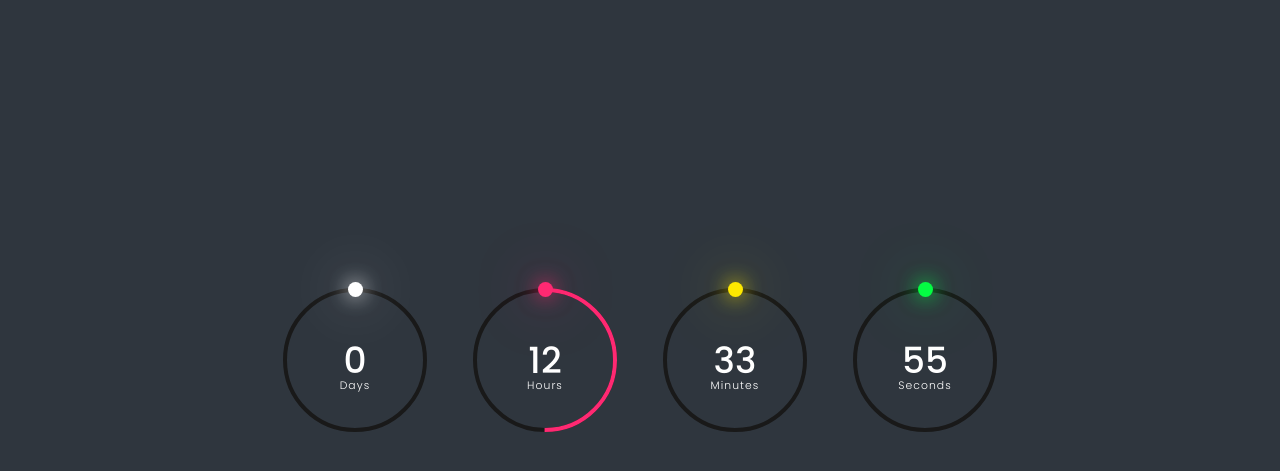
Repository: northpx/happyNY
Page: index.html
The author's editor kept a copy of each file at every save. The page is drawn from the files as they stood at one save, then again after the next save.
The browser window is 1280 px wide. The pictures show the whole page.

Above is the page before, as saved 2022-12-31 11:38:21.

### index.html
<!DOCTYPE html>
<html lang="en">
<head>
    <meta charset="UTF-8">
    <meta http-equiv="X-UA-Compatible" content="IE=edge">
    <meta name="viewport" content="width=device-width, initial-scale=1.0">
    <link rel="stylesheet" href="style.css">
    <title>Hour</title>
</head>
<body>
    <h1 class="newYear">2023<br><span>HAPPY NEW YEAR</span></h1>
    <div id="time">
        <div class="circle" style="--clr:#ffffff;">
            <div class="dots day_dot"></div>
            <svg>
                <circle cx="70" cy="70" r="70"></circle>
                <circle cx="70" cy="70" r="70" id="dd"></circle>
            </svg>
            <div id="days">00<br><span>DAYS</span></div>
        </div>
        <div class="circle" style="--clr:#ff2972;">
            <div class="dots hr_dot"></div>
            <svg>
                <circle cx="70" cy="70" r="70"></circle>
                <circle cx="70" cy="70" r="70" id="hh"></circle>
            </svg>
            <div id="hours">00<br><span>HOURS</span></div>
        </div>
        <div class="circle" style="--clr:#fee800;">
            <div class="dots min_dot"></div>
            <svg>
                <circle cx="70" cy="70" r="70"></circle>
                <circle cx="70" cy="70" r="70" id="mm"></circle>
            </svg>
            <div id="minutes">00<br><span>MINUTES</span></div>
        </div>
        <div class="circle" style="--clr:#04fc43;">
            <div class="dots sec_dot"></div>
            <svg>
                <circle cx="70" cy="70" r="70"></circle>
                <circle cx="70" cy="70" r="70" id="ss"></circle>
            </svg>
            <div id="seconds">00<br><span>SECONDS</span></div>
        </div>
    </div>

    <script>
        let days = document.getElementById("days")
        let hours = document.getElementById("hours")
        let minutes = document.getElementById("minutes")
        let seconds = document.getElementById("seconds")

        let dd = document.getElementById("dd")
        let hh = document.getElementById("hh")
        let mm = document.getElementById("mm")
        let ss = document.getElementById("ss")

        let day_dot = document.querySelector(".day_dot")
        let hr_dot = document.querySelector(".hr_dot")
        let min_dot = document.querySelector(".min_dot")
        let sec_dot = document.querySelector(".sec_dot")

        let endDate = '01/01/2023 00:00:00'

        let x = setInterval(function(){
            let now = new Date(endDate).getTime();
            let countDown = new Date().getTime();
            let distance = now - countDown;

            let d = Math.floor(distance / (1000 * 60 * 60 *24))
            let h = Math.floor((distance % (1000 * 60 * 60 * 24)) / (1000 * 60 * 60))
            let m = Math.floor((distance % (1000 * 60 * 60)) / (1000 * 60))
            let s = Math.floor((distance % (1000 * 60)) / (1000))

            days.innerHTML = d + "<br><span>Days</span>"
            hours.innerHTML = h + "<br><span>Hours</span>"
            minutes.innerHTML = m + "<br><span>Minutes</span>"
            seconds.innerHTML = s + "<br><span>Seconds</span>"

            dd.style.strokeDashoffset = 440 - (440 * d) / 365
            hh.style.strokeDashoffset = 440 - (440 * h) / 24
            hh.style.strokeDashoffset = 440 - (440 * h) / 24
            hh.style.strokeDashoffset = 440 - (440 * h) / 24
        })
    </script>
</body>
</html>

### style.css
@import url('https://fonts.googleapis.com/css2?family=Poppins:ital,wght@0,100;0,200;0,300;0,400;0,500;0,600;0,700;0,800;0,900;1,100;1,300;1,400;1,500;1,600;1,700;1,800;1,900&display=swap');

*{
    margin: 0;
    padding: 0;
    box-sizing: border-box;
    font-family: 'Poppins', sans-serif;
}

body{
    display: flex;
    justify-content: center;
    align-items: center;
    min-height: 100vh;
    background: #2f363e;
}

#time{
    display: flex;
    gap: 40px;
    color: #fff;
}

#time .circle{
    position: relative;
    width: 150px;
    height: 150px;
    display: flex;
    justify-content: center;
    align-items: center;
}

#time .circle svg{
    position: relative;
    width: 150px;
    height: 150px;
    transform: rotate(270deg);
}

#time .circle svg circle{
    width: 100%;
    height: 100%;
    fill: transparent;
    stroke: #191919;
    stroke-width: 4;
    transform: translate(5px,5px);
}

#time .circle svg circle:nth-child(2){
    stroke: var(--clr);
    stroke-dasharray: 440;
    stroke-dashoffset: 440;
}

#time div{
    position: absolute;
    text-align: center;
    font-weight: 500;
    font-size: 1.5em;
}


#time div span{
    position: absolute;
    transform: translateX(-50%) translateY(-10px);
    font-size: 0.30em;
    font-weight: 300;
    letter-spacing: 0.1em;
    /* text-transform: uppercase; */
}

.dots{
    position: absolute;
    width: 100%;
    height: 100%;
    z-index: 10;
    display: flex;
    justify-content: center;
}

.dots::before{
    content: "";
    position: absolute;
    top: -3px;
    width: 15px;
    height: 15px;
    background: var(--clr);
    border-radius: 50%;
    box-shadow: 0 0 20px var(--clr),
    0 0 60px var(--clr);
}

.newYear {
    font-size: 8em;
    font-weight: 500;
    color: #fff;
    text-align: center;
    line-height: 0.6em;
    display: none;
}

.newYear span{
    font-size: 0.5em;
    font-weight: 300;
}

After the next save:
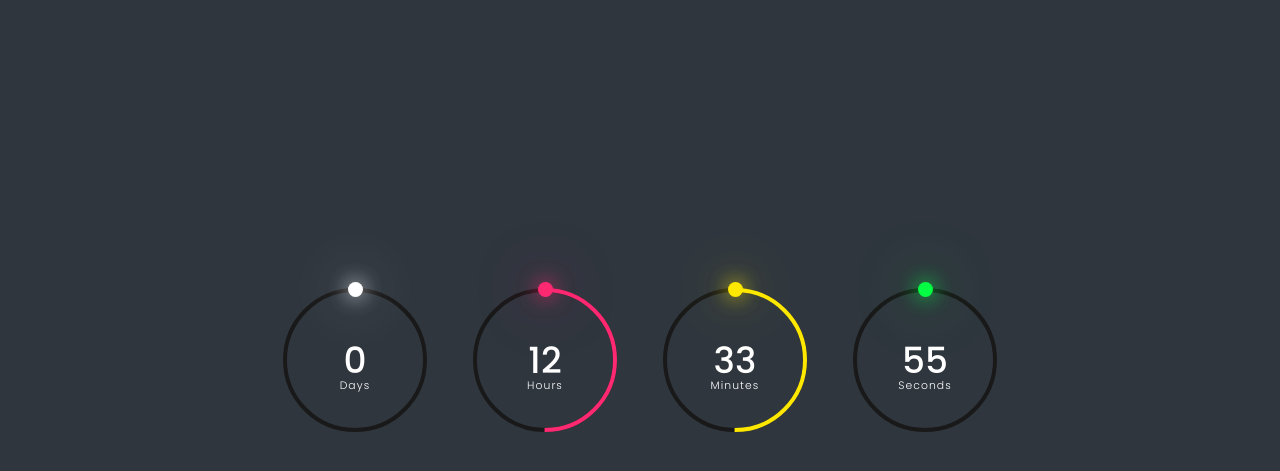
Saved 4 s later.
--- a/index.html
+++ b/index.html
@@ -79,7 +79,7 @@
 
             dd.style.strokeDashoffset = 440 - (440 * d) / 365
             hh.style.strokeDashoffset = 440 - (440 * h) / 24
-            hh.style.strokeDashoffset = 440 - (440 * h) / 24
+            mm.style.strokeDashoffset = 440 - (440 * h) / 24
             hh.style.strokeDashoffset = 440 - (440 * h) / 24
         })
     </script>
